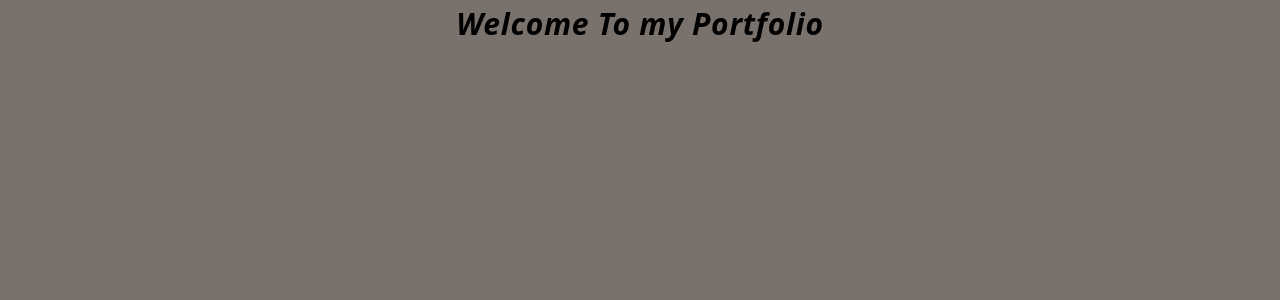
Repository: abhaysharma20233009/portfolio
Page: /
The author's editor kept a copy of each file at every save. The page is drawn from the files as they stood at one save, then again after the next save.
The browser window is 1280 px wide. The pictures show the whole page.
The project was rebuilt for these pictures with package versions that can differ from the ones it lists, and the page was loaded fresh each time. Also part of the build but not shown: vite.config.js, src/App.css.

Above is the page before, as saved 2025-05-20 17:08:49.

After the next save:
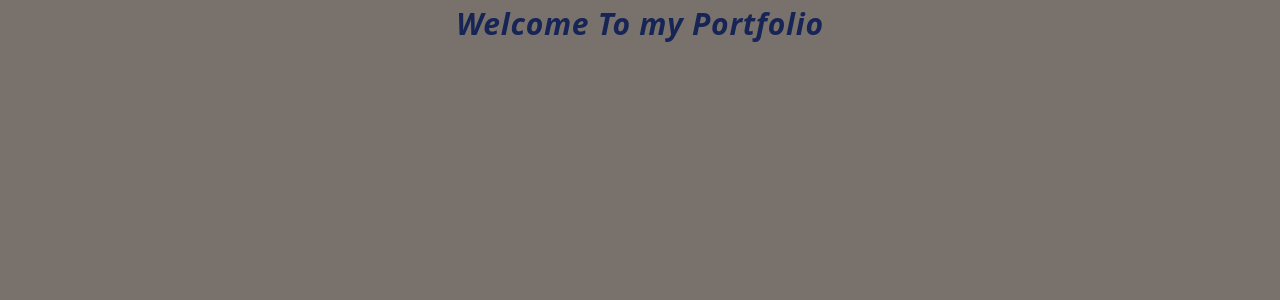
Saved 12 s later.
--- a/src/App.jsx
+++ b/src/App.jsx
@@ -8,7 +8,7 @@ function App() {
   return (
     <>
      <div className="h-screen w-full text-3xl bg-stone-500">
-  <h1 className='text-center text-shadow text-blue-950 mix-blend-color-burn font-bold italic tracking-wide leading-relaxed'>Welcome To my Portfolio</h1>
+  <h1 className='text-center text-shadow text-blue-950  font-bold italic tracking-wide leading-relaxed'>Welcome To my Portfolio</h1>
         </div>
 
     </>
